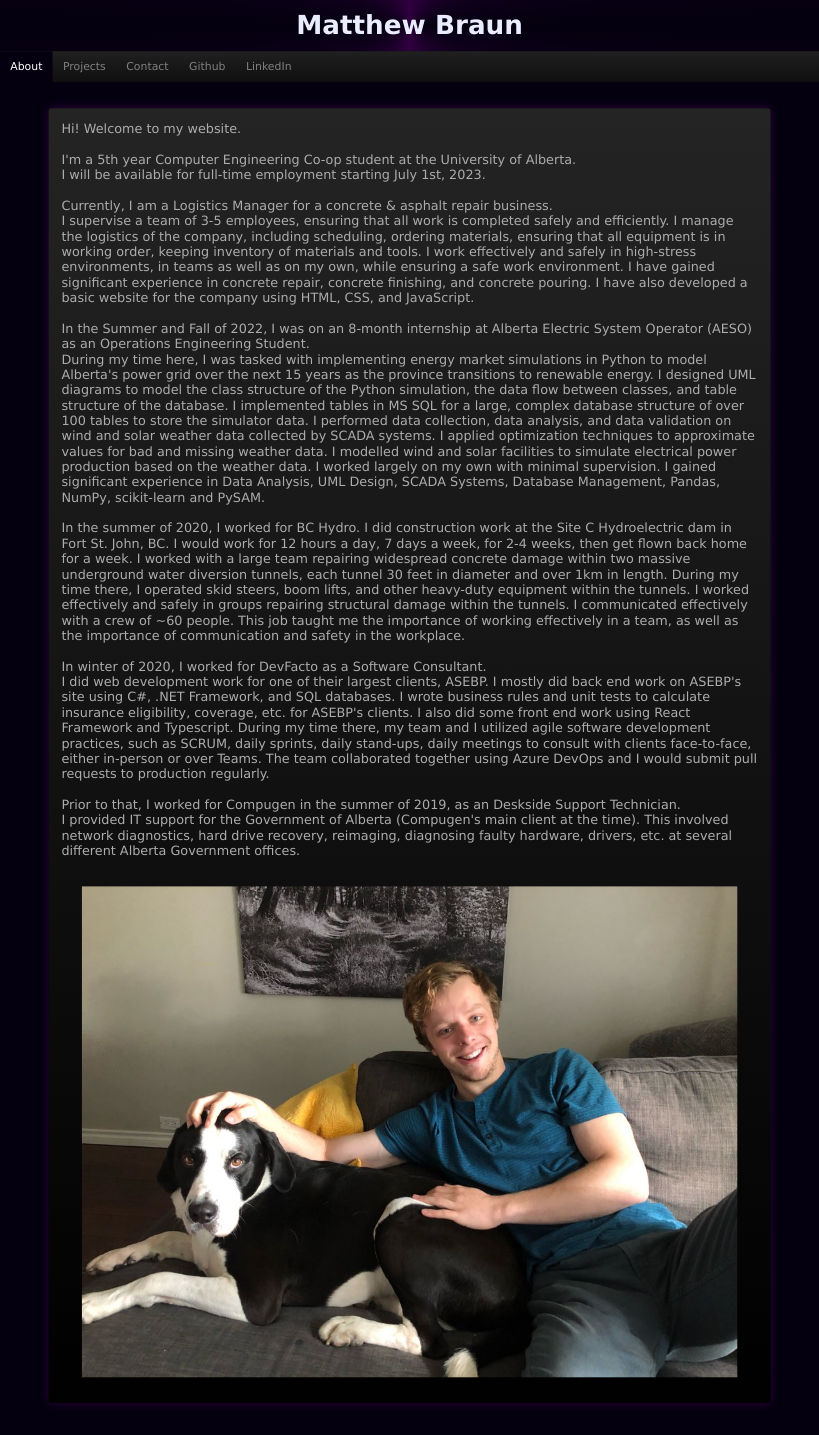
Repository: mjbraun95/MyPersonalWebsite
Page: http://localhost/
These files come from the project's save history. The page is drawn as it stood at one moment and after the next save; the edit follows.
The browser window is 1280 px wide. The pictures show the whole page, at 64% of full size.
The page is run by PHP 8.4 with error messages shown; the project is at /var/www/html/.

Above is the page before, as saved 2023-06-24 16:28:13.

After the next save:
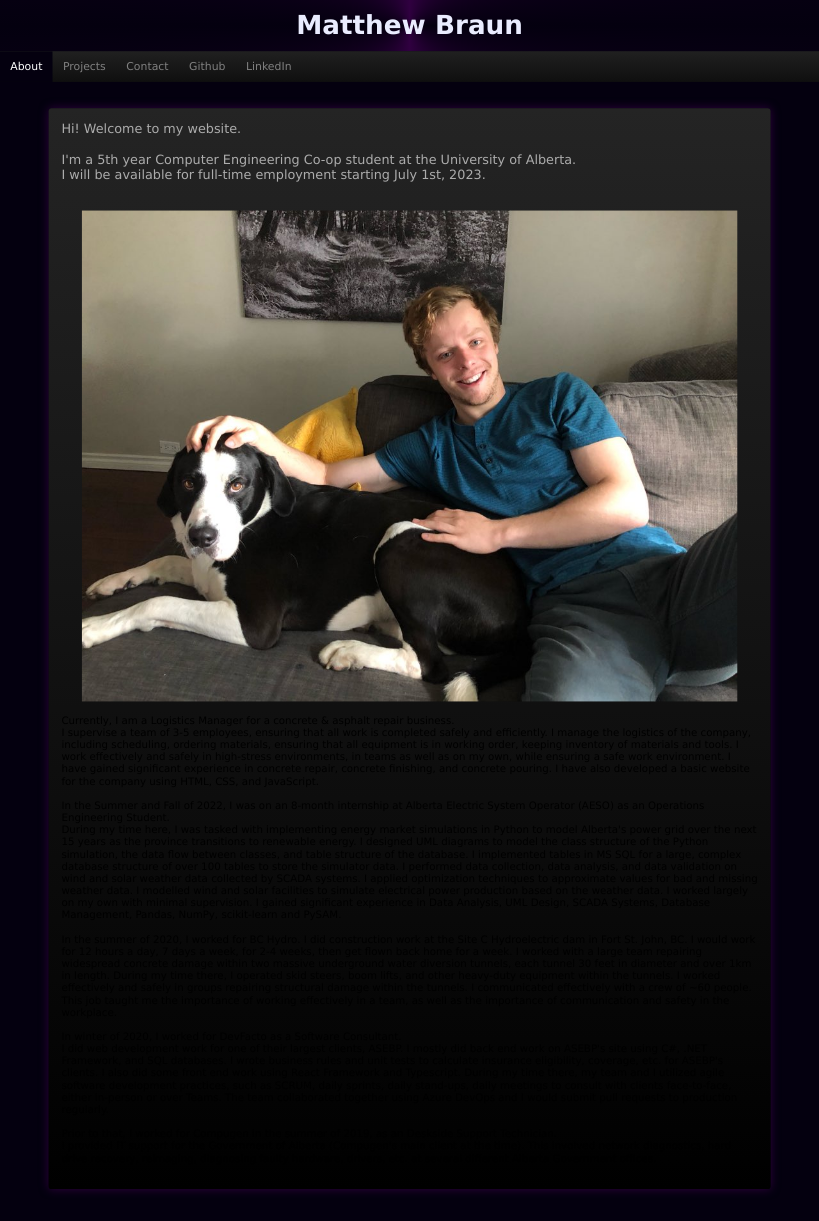
Saved 45 h 11 min later.
--- a/html/index.php
+++ b/html/index.php
@@ -23,6 +23,10 @@
         I'm a 5th year Computer Engineering Co-op student at the University of Alberta. <br>
         I will be available for full-time employment starting July 1st, 2023. <br><br>
 
+    </p>
+    <div class="fullBox">
+        <img src="images/Doggo.png" class="responsive">
+    </div>
         Currently, I am a Logistics Manager for a concrete & asphalt repair business. <br>
         I supervise a team of 3-5 employees, ensuring that all work is completed safely and efficiently. I manage the logistics of the company, including scheduling, ordering materials, ensuring that all equipment is in working order, keeping inventory of materials and tools. I work effectively and safely in high-stress environments, in teams as well as on my own, while ensuring a safe work environment. I have gained significant experience in concrete repair, concrete finishing, and concrete pouring. I have also developed a basic website for the company using HTML, CSS, and JavaScript. <br><br>
 
@@ -40,9 +44,7 @@
         Prior to that, I worked for Compugen in the summer of 2019, as an Deskside Support Technician. <br>
         I provided IT support for the Government of Alberta (Compugen's main client at the time). This involved network diagnostics, hard drive recovery, reimaging, diagnosing faulty hardware, drivers, etc. at several different Alberta Government offices. <br><br>
     </p>
-    <div class="fullBox">
-        <img src="images/Doggo.png" class="responsive">
-    </div>
+
 </div>
 </body>
 </html>
